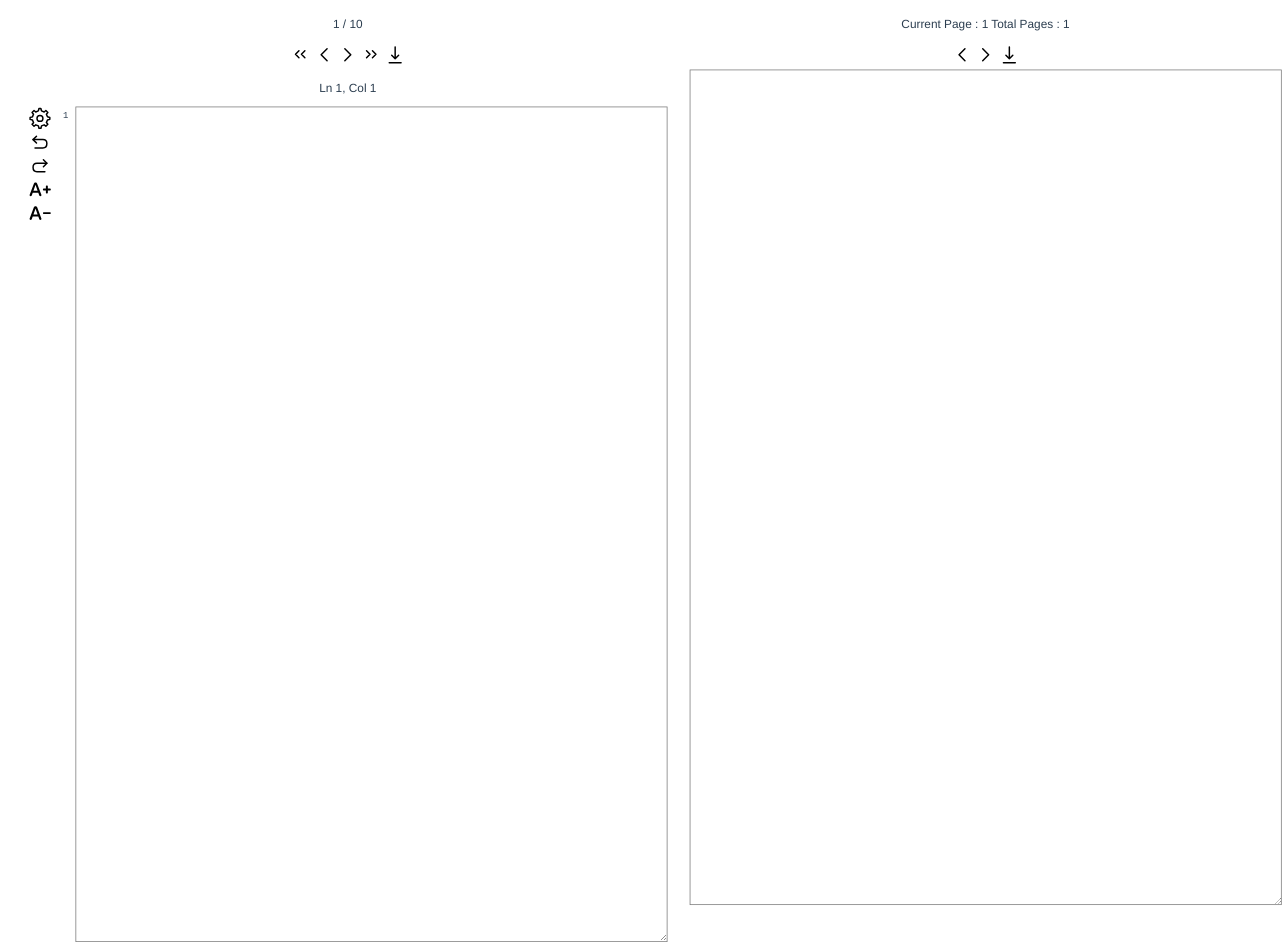
Repository: 321paranoiawhy/online-resume
Page: /
These files come from the project's save history. The page is drawn as it stood at one moment and after the next save; the edit follows.
The browser window is 1280 px wide. The page is 1732 px wide, so the pictures cover 1732 px, including what lies to the right of the window. The pictures show the whole page, at 74% of full size.
The project was rebuilt for these pictures with package versions that can differ from the ones it lists, and the page was loaded fresh each time. Also part of the build but not shown: vue.config.js, src/components/Header.vue, src/components/Introduction.vue, src/components/Footer.vue.

Above is the page before, as saved 2022-05-29 15:42:43.

### src/main.js
import { createApp } from 'vue'
import App from './App.vue'
import router from './router'
import store from './store'

// 引入公共样式 common.css
import './css/common.css'
createApp(App).use(store).use(router).mount('#app')

### src/App.vue
<template>
    <router-view />
</template>

<style lang="scss">
html,
body,
#app {
    height: 100%;
}
#app {
    font-family: Avenir, Helvetica, Arial, sans-serif;
    -webkit-font-smoothing: antialiased;
    -moz-osx-font-smoothing: grayscale;
    text-align: center;
    color: #2c3e50;
}
</style>

### src/store/index.js
import { createStore } from 'vuex'

export default createStore({
  state: {
    // 示例
    example: 0,
    leftColumn: 0,
    rightColumn: 0,
  },
  getters: {
  },
  mutations: {
    // 示例
    // 组件提交和获取前, 需
    // 1. import {useStore} from "vuex";
    // 2. const store = useStore();
    // 组件提交 store.commit("getExample",commitValue);
    // 组件获取 store.state.example
    // setup() 函数 最后 return {store}
    getExample(state, data) {
      state.example = data;
    },
    // 右边 当前列数
    // 组件提交 store.commit("getLeftColumn")
    getLeftColumn(state, data) {
      state.leftColumn = data;
    },
    // 右边 当前列数
    getRightColumn(state, data) {
      state.rightColumn = data;
    },
  },
  actions: {
  },
  modules: {
  }
})

### src/css/common.css
:root {
    /* CSS 全局变量, 任何地方均可通过 var() 访问变量值 */
    --font-size-small: 12px;
    --line-height-small: 18px;
}
textarea.left-textarea {
    width: 210mm; /* 210 * 96 / 25.4 = 793.7 px */
    height: 297mm; /* 297 * 96 / 25.4 = 1122.52 px */
    /* 字体大小 */
    font-size: var(--font-size-small);
    /* font-size: 12px; */
    /* 行高 */
    line-height: var(--line-height-small);
    /* line-height: 18px; */
    /* 统一各浏览器下 textarea 盒模型 */
    margin: 0;
    border-width: 1px;
    padding: 2px;
}
textarea.right-textarea {
    /* 1 in = 25.4 mm = 96 px */
    width: 210mm; /* 210 * 96 / 25.4 = 793.7 px */
    height: 297mm; /* 297 * 96 / 25.4 = 1122.52 px */
    /* 统一各浏览器下 textarea 盒模型 */
    margin: 0;
    border-width: 1px;
    padding: 2px;
}
img {
    width: 32px;
    height: 32px;
    cursor: pointer;
}

### src/views/HomeView.vue
<template>
    <!-- <TopHeader></TopHeader> -->
    <!-- <Introduction></Introduction> -->
    <div class="main-flex">
        <LeftInput class="left-input"></LeftInput>
        <RightOutput></RightOutput>
    </div>
    <!-- <BottomFooter></BottomFooter> -->
</template>

<script>
// @ is an alias to /src
import TopHeader from "@/components/Header.vue";
import Introduction from "@/components/Introduction.vue";
import LeftInput from "@/components/LeftInput.vue";
import RightOutput from "@/components/RightOutput.vue";
import BottomFooter from "@/components/Footer.vue";

// 功能拆解
// 下载源码和渲染结果文件(HTML&CSS, PDF, DOCX), 使用 Pandoc
// LaTeX 语法支持 (引入 MathJax)
// JavaScript 实现 解析
// common.css 负责特定样式
// 切换主题或者切换模板
// 主题 白天 黑夜
// 模板 暂定唯一模板 后续定制更多模板 (寻找优雅的 resume 模板)
// autosave
// localstorage

export default {
    name: "HomeView",
    components: {
        TopHeader,
        Introduction,
        LeftInput,
        RightOutput,
        BottomFooter,
    },
};
</script>

<style scoped lang="scss">
div.main-flex {
    display: flex;
    width: fit-content;
    & .left-input {
        margin-left: 30px;
        margin-right: 30px;
    }
}
</style>

### src/components/LeftInput.vue
<template>
    <div class="left-input-flex-column">
        <p>{{ currentInputPage }} / {{ totalInputPage }}</p>
        <div>
            <img
                v-for="(item, index) in leftInputImage"
                :key="index"
                :src="require('../assets/images/' + item.img_src + '.svg')"
                :alt="item.img_src"
                @click="Fn(item.function)"
            />
            <!-- 快速跳转至某行某列 (默认当前页) -->
            <p @click="gotoLnAndCol">Ln 1, Col 1</p>
        </div>

        <div class="flex">
            <!-- 侧边工具栏 -->
            <Sidebar></Sidebar>
            <!-- 左侧显示 行号 -->
            <ul>
                <li v-for="(item, index) in lineNumbersArray" :key="index">
                    {{ item }}
                </li>
            </ul>
            <!-- input textarea -->
            <textarea
                spellcheck="true"
                class="left-textarea"
                ref="input"
                @input="compileInput"
            ></textarea>
        </div>
    </div>
</template>

<script>
import leftInputImage from "/public/data/leftInputImage.json";
import Sidebar from "@/components/Sidebar.vue";
import { ref } from "@vue/reactivity";
import { onMounted } from "@vue/runtime-core";
import { useStore } from "vuex";

export default {
    name: "LeftInput",
    components: {
        Sidebar,
    },
    setup() {
        let currentInputPage = 1;
        let totalInputPage = 10;
        let input = ref(null);
        const store = useStore();
        // vue2 this.$refs.input 获取到 DOM 元素
        // vue3 mounted 后方可获取到 DOM 元素
        onMounted(() => {
            // console.log(input.value);
            // console.log(input.value.value);
            // console.log(input.value.value.length);
            // store.commit("getLeftLine", 0);
            // console.log(input.value.selectionStart);
            console.log(leftInputImage[0].function);
            console.log(typeof leftInputImage[0].function);
        });
        let lineNumbersArray = ref([1]);
        let compileInput = () => {
            console.log(input.value.value.split("\n"));
            lineNumbersArray.value = Array.from(
                { length: input.value.value.split("\n").length },
                (_, index) => index + 1
            );
            console.log(input.value.selectionStart);
        };
        // Fn: 根据入参执行相应函数
        let Fn = (parameter) => {
            switch (parameter) {
                // 上一页
                case "previousSinglePage":
                    currentInputPage--;
                    console.log(currentInputPage);
                    break;
                // 前两页
                case "previousDoublePage":
                    currentInputPage -= 2;
                    console.log(currentInputPage);
                    break;
                // 下一页
                case "nextSinglePage":
                    currentInputPage++;
                    console.log(currentInputPage);
                    break;
                // 后两页
                case "nextDoublePage":
                    currentInputPage += 2;
                    console.log(currentInputPage);
                    break;
                case "download":
                    // TODO Blob 对象
                    break;
                default:
                    break;
            }
        };
        let gotoLnAndCol = () => {};
        return {
            leftInputImage,
            currentInputPage,
            totalInputPage,
            input,
            store,
            lineNumbersArray,
            compileInput,
            Fn,
            gotoLnAndCol,
        };
    },
};
</script>

<style scoped lang="scss">
.left-input-flex-column {
    display: flex;
    flex-direction: column;
    & div.flex {
        display: flex;
    }
    & ul li {
        list-style-type: none;
    }
    & ul {
        margin: 3px 10px 0 15px;
        padding: 0;
        // 字体大小
        font-size: var(--font-size-small);
        // 行高
        line-height: var(--line-height-small);
        font-family: monospace;
    }
    & div.top-flex {
        display: flex;
        // margin: auto;
        & p {
            margin-left: auto;
        }
    }
}
</style>

### src/components/RightOutput.vue
<template>
    <div class="right-output-flex-column">
        <p>
            Current Page : {{ currentOutputPage }} Total Pages :
            {{ totalOutputPage }}
        </p>
        <div>
            <img
                v-for="(item, index) in rightOutputImage"
                :key="index"
                :src="require('../assets/images/' + item.img_src + '.svg')"
                alt=""
            />
        </div>
        <textarea spellcheck="true" class="right-textarea"></textarea>
    </div>
</template>

<script>
import rightOutputImage from "/public/data/rightOutputImage.json";
export default {
    name: "RightInput",
    setup() {
        let currentOutputPage = 1;
        let totalOutputPage = 1;
        return {
            currentOutputPage,
            totalOutputPage,
            rightOutputImage,
        };
    },
};
</script>

<style scoped lang="scss">
.right-ouput-flex-column {
    display: flex;
    flex-direction: column;
}
</style>

### public/data/leftInputImage.json
[
    {
        "img_src": "IconoirFastArrowLeft",
        "function": "previousDoublePage"
    },
    {
        "img_src": "IconoirNavArrowLeft",
        "function": "previousSinglePage"
    },
    {
        "img_src": "IconoirNavArrowRight",
        "function": "nextSinglePage"
    },
    {
        "img_src": "IconoirFastArrowRight",
        "function": "nextDoublePage"
    },
    {
        "img_src": "IconoirDownload",
        "function": "download"
    }
]

### src/components/Sidebar.vue
<template>
    <div class="sidebar-flex-column">
        <img
            v-for="(item, index) in sidebarImage"
            :key="index"
            :src="require('../assets/images/' + item.img_src + '.svg')"
            alt=""
        />
    </div>
</template>

<script>
// 引入图片 json 数据文件
import sidebarImage from "/public/data/sidebarImage.json";

export default {
    name: "Sidebar",
    setup() {
        return {
            sidebarImage,
        };
    },
};
</script>

<style scoped lang="scss">
.sidebar-flex-column {
    display: flex;
    flex-direction: column;
    width: fit-content;
    height: fit-content;
}
</style>

### public/data/rightOutputImage.json
[
    {
        "img_src": "IconoirNavArrowLeft"
    },
    {
        "img_src": "IconoirNavArrowRight"
    },
    {
        "img_src": "IconoirDownload"
    }
]

### public/data/sidebarImage.json
[
    {
        "img_src": "IconoirSettings"
    },
    {
        "img_src": "IconoirUndo"
    },
    {
        "img_src": "IconoirRedo"
    },
    {
        "img_src": "IcRoundTextIncrease"
    },
    {
        "img_src": "IcRoundTextDecrease"
    }
]

Loaded but not shown: public/index.html (common file); src/router/index.js (common file)

After the next save:
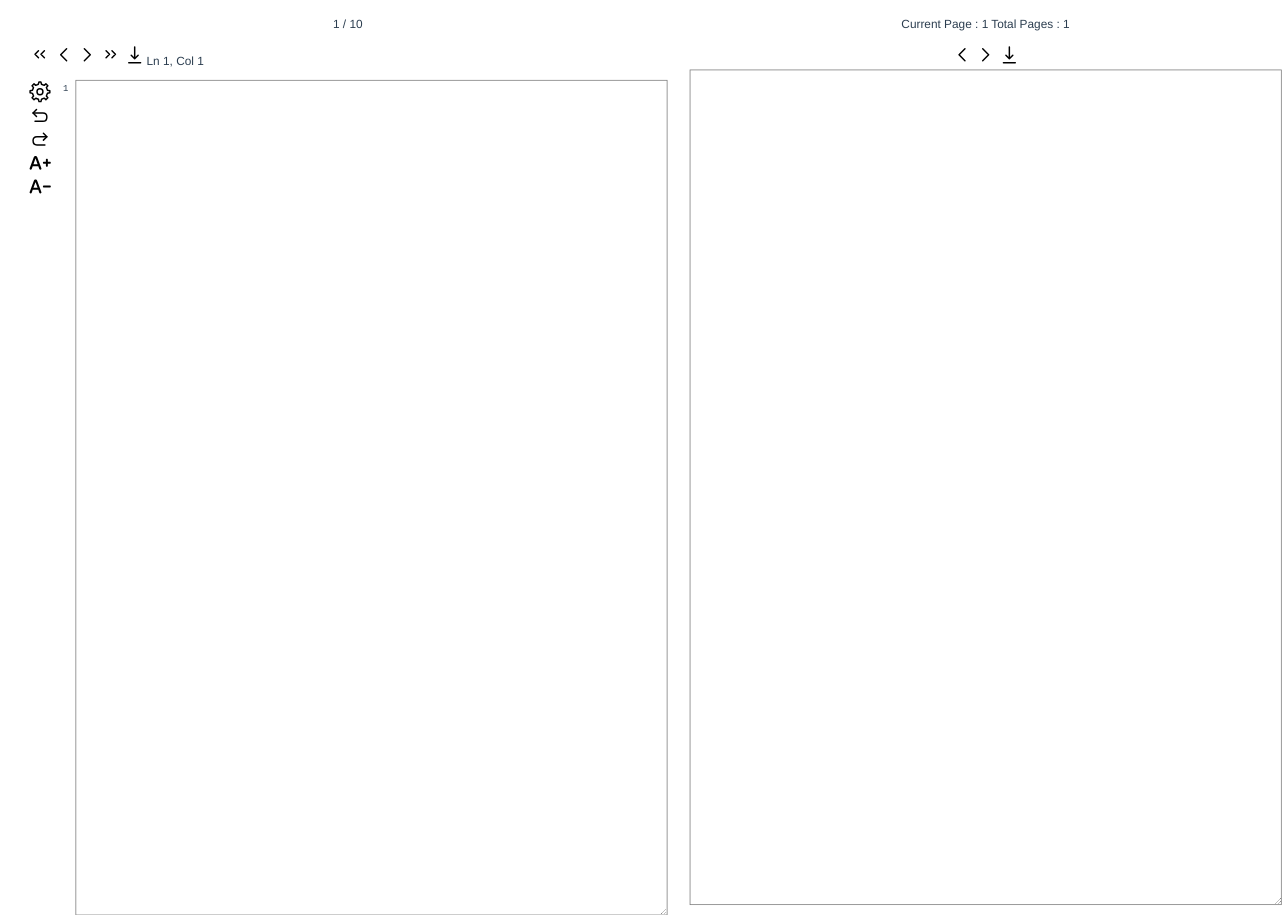
Saved 25 s later.
--- a/src/components/LeftInput.vue
+++ b/src/components/LeftInput.vue
@@ -1,7 +1,7 @@
 <template>
     <div class="left-input-flex-column">
         <p>{{ currentInputPage }} / {{ totalInputPage }}</p>
-        <div>
+        <div class="top-flex">
             <img
                 v-for="(item, index) in leftInputImage"
                 :key="index"
@@ -139,7 +139,7 @@ export default {
         display: flex;
         // margin: auto;
         & p {
-            margin-left: auto;
+            align-self: end;
         }
     }
 }
